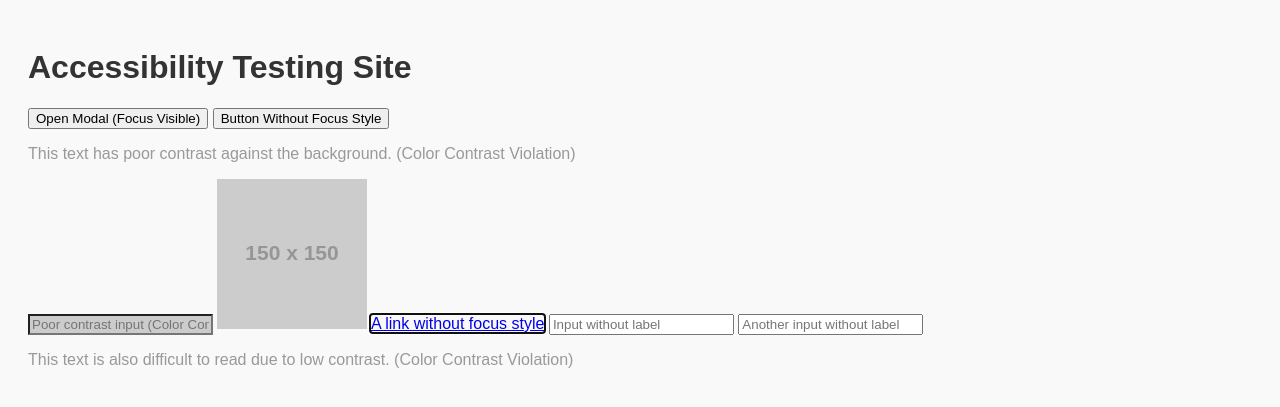
Repository: SumanReddy18/wcag_helper
Page: a11y_type_c/index.html
These files come from the project's save history. The page is drawn as it stood at one moment and after the next save; the edit follows.
The browser window is 1280 px wide. The pictures show the whole page.
The first visible `.no-focus-link` has the focus.

Above is the page before, as saved 2024-09-27 13:29:49.

After the next save:
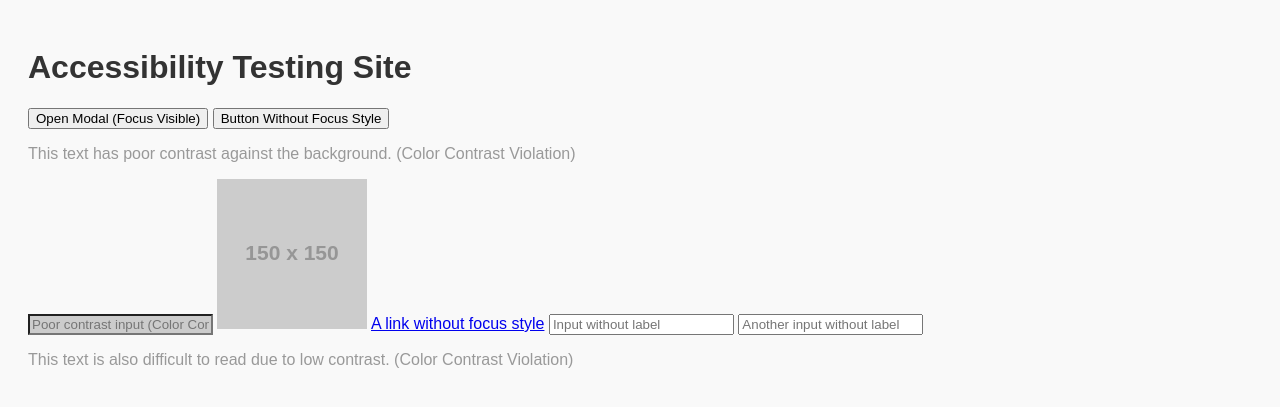
Saved 12 s later.
--- a/a11y_type_c/styles.css
+++ b/a11y_type_c/styles.css
@@ -18,6 +18,11 @@ button:focus {
 .no-focus:focus {
     outline: none;
     /* Button without focus style */
+}
+
+.no-focus-link:focus {
+    outline: none;
+    /* Link without focus style */
 }
 
 /* Modal styles */
